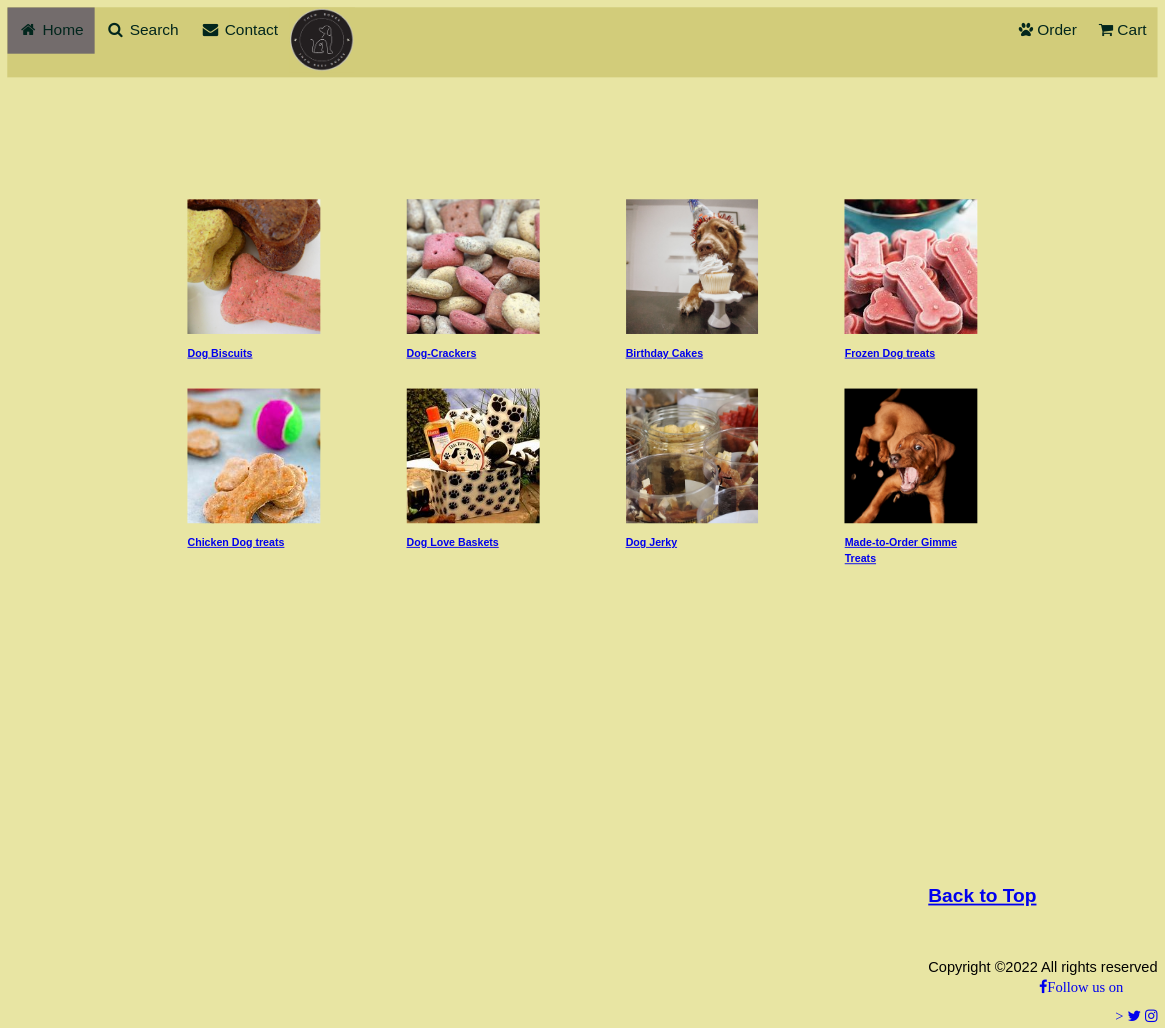
Repository: vgoins-RA2022/HTML-1
Page: index.html
The author's editor kept a copy of each file at every save. The page is drawn from the files as they stood at one save, then again after a run of saves.
The browser window is 1280 px wide. The pictures show the whole page, at 91% of full size.

Above is the page before, as saved 2023-01-21 19:53:40.

### index.html
<!DOCTYPE html>
<html lang="en">

<head>
  <meta charset="UTF-8">
  <meta name="viewport" content="width=device-width, initial-scale=1">
  <link rel="stylesheet" href="https://cdnjs.cloudflare.com/ajax/libs/font-awesome/4.7.0/css/font-awesome.min.css">
  <link rel="stylesheet" href="../HTML-1/src/css/Style.css" type="text/css">
  <title>Simple HTML Assignment 1</title>
</head>

<header>
    <!-- setup top navigator bar. position logo, home and contact navators on the left-->
    <div class="navbar" float: left>
      <img src="src/img/them-bones-logo.png" alt="them-bones-logo" class="logo" >
      <a class="active" href="#"><i class="fa fa-fw fa-home"></i> Home</a>
      <a href="#"><i class="fa fa-fw fa-search"></i> Search</a>
      <a href="#"><i class="fa fa-fw fa-envelope"></i> Contact</a>
      <!-- position order and cart navigators on the right -->
    <div class="right"><a href="#"><i class="fa fa-paw" aria-hidden="true"></i> Order</a>
    <div class="right"><a href="#"><i class="fa fa-shopping-cart" aria-hidden="true"></i> Cart</a>
    </div>
  </header>

<body>
  <div class="container">
     <!-- set of store gallery of self-contained items enclosed in the figure tags  -->
    <div class="gallery">

      <figure class="gallery__item gallery__item--1">
            <img src="src/img/animal-dog- biscuits.jpg" alt="animal-dog-biscuits" class="gallery__img" >
              <h3 class= image-text>
                <h3><a href="#">Dog Biscuits</a></h3>
              </h3>
        </figure>
        <figure class="gallery__item gallery__item--2">
            <img src="src/img/animal-dog- crackers.jpg" alt="animal-dog-crackers" class="gallery__img">
                <h3 class= image-text>
                  <h3><a href="#">Dog-Crackers</a></h3>
                </h3>

        </figure>
        <figure class="gallery__item gallery__item--3">
            <img src="src/img/dog-happy-birthday.jpg" alt="dog-happy-birthday" class="gallery__img">
              <h3 class= image-text></h3>
                <h3><a href="#">Birthday Cakes</a></h3>
               </h3>
        </figure>
        <figure class="gallery__item gallery__item--4">
            <img src="src/img/frozen-dog-treats.jpg" alt="frozen-dog-treats" class="gallery__img">
              <h3 class= image-text>
                 <h3><a href="#">Frozen Dog treats</a></h3>
              </h3>
        </figure>
        <figure class="gallery__item gallery__item--5">
            <img src="src/img/chicken-dog-treat.jpg" alt="chicken-dog-treats" class="gallery__img">
              <h3 class= image-text>
                <h3><a href="#">Chicken Dog treats</a></h3>
              </h3>
        </figure>
        <figure class="gallery__item gallery__item--6">
            <img src="src/img/doggy-love-basket.jpg" alt="doggy-love-basket" class="gallery__img">
            <h3 class= image-text>
            <h3><a href="#">Dog Love Baskets</a></h3>
            </h3>
        </figure>
        <figure class="gallery__item gallery__item--7">
            <img src="src/img/Dog-jerkey.png" alt="dog-jerky" class="gallery__img">
            <h3 class= image-text>
              <a href="#">Dog Jerky</a></h3>
            </h3>
        </figure>
        <figure class="gallery__item gallery__item--8">
          <img src="src/img/gimme-dog treats.jpg" alt="gimme-dog-treats" class="gallery__img">
          <h3 class= image-text>
            <a href="#">Made-to-Order Gimme Treats</a>
          </h3>
        </figure>

      </div>
  </div>

  <a href="#" class="button">
    <div class="right"><span class="label"><h3>Back to Top</h3></span>
  </a>
</body>

<footer>
  <!-- <div> id="footer"</div>  footer id attribute -->

  <!-- setup navigator bar in the footer of copywright and social media icons -->

  <div class="navbar-footer">
    <div class="row">
      <div class="col-left">Copyright ©2022 All rights reserved</div>
      <div class="col-right">

        <a href="#"><i class="fa fa-facebook"<p>Follow us on</p>></i></a>
        <a href="#"><i class="fa fa-twitter"></i></a>
        <a href="#"><i class="fa fa-instagram"></i></a>
      </div>
    </div>
  </div>

  </footer>
</html>

### src/css/Style.css

/* align navigation bar items */
.left-menu {
  grid-column: 1;
}
.right-menu {
  grid-column: -1;
}
/* format logo position, width and height */
.logo {
  grid-column: 3;
  grid-area: logo;
  place-self: center;
  width: 10vh;
  height: 10vh;
  justify-self: center;
  background-color:#d2cc7a;
}

/* style the navigation bar */
.navbar a {
float: left;
padding-top: 70px;
padding: 12px;
color: #02261d;
text-decoration: none;
font-size: 17px;
}
/* set the size of the images */
img {
  width: 400px;
  height: 80px;
}
/* change color of navigation item when cursor hovers */
.navbar a:hover {
background-color: #8e8c8c;
}
.active {
background-color: #736c6c;
}
.left {
  float: left;
}

.right {
  float: right;
 }

.navbar a {
    float: left;
    display: block;
}

.navbar {
    width: 100%;
    background-color: #d2cc7a;
    overflow: auto;
}

.logo img {
    display: inline-block;
    vertical-align: top;
    width: 50px;
    height: 50px;
    margin-right: 20px;
    margin-top: 15px;
}

html {
  box-sizing: border-box;
  font-size: 62.5%;
}

body {
  font-family: "Nunito", sans-serif;
  background-color: rgba(216, 212, 98, 0.585);
  font-weight: 300;
  line-height: 1.6;
}

.container {
  width: 75%;
  margin: 2rem auto;
}

.gallery {
  display: grid;
  grid-template-columns: repeat(8, 1fr);
  grid-template-rows: repeat(8, 5vw);
  grid-gap: 1.5rem;
  row-gap: 40px;
}

.gallery__img {
  width: 100%;
  height: 100%;
  object-fit: cover;
  display: block;
}

.image-txt {
  margin: 3%;
  position: absolute;
  top: 20px;
  left: 50px;
}
/* set length and position of store gallery items */
.gallery__item--1 {
  grid-column: 1 / span 2;
  grid-row: 2 / span 2;
}
.gallery__item--2 {
  grid-column: 3 / span 2;
  grid-row: 2 / span 2;
}
.gallery__item--3 {
  grid-column: 5 / span 2;
  grid-row: 2 / span 2;
}
.gallery__item--4 {
  grid-column: 7 / span 2;
  grid-row: 2 / span 2;
}
.gallery__item--5 {
  grid-column: 1 / span 2;
  grid-row: 4 / span 2;
}
.gallery__item--6 {
  grid-column: 3 / span 2;
  grid-row: 4 / span 2;
}
.gallery__item--7 {
  grid-column: 5 / span 2;
  grid-row: 4 / span 2;
}
.gallery__item--8 {
  grid-column: 7 / span 2;
  grid-row: 4 / span 2;
}
/* Style the button */
.button {
  outline: none;
  padding: 10px 16px;

  cursor: pointer;
  font-size: 18px;
}


.button:hover {
  background-color: #ddd;
}

.button.active {
  background-color: #666;
  color: white;
}

.navbar-footer {
  font-size: 16px;
  display: flex;
  justify-content: space-between;
}
.col-left {
  text-align: left;
}
.col-right {
  text-align: right;
}


.footer {
  background: #061D25;
  padding: 10px 0;
}
.footer a {
  color: #70726F;
  font-size: 20px;
  padding: 10px;
  border-right: 1px solid #70726F;
  transition: all .5s ease;
}
.flex-container {
  display: flex;
  background: #d2cc7a;
}

.copyright{
  text-align: center;
  padding-top: 24px;
  font-weight: 500;
  opacity: 0.8;
  font-size: 16px;
}
@media (max-width: 767px) {

    .h6{
      margin: 0 auto;
      text-align: center;
      margin-top: 10px;
      margin-bottom: 10px;
    }
    .ul{
      text-align: center;
    }
    .social{
        width: 100%;
        margin: 0 auto;
        font-size: "15px";
        text-align: center;
        padding: 40px;
        padding-bottom: 0px;
        border-top: 1px solid #eee;
        margin-top: 50px;
    }

  }

After the next 2 saves:
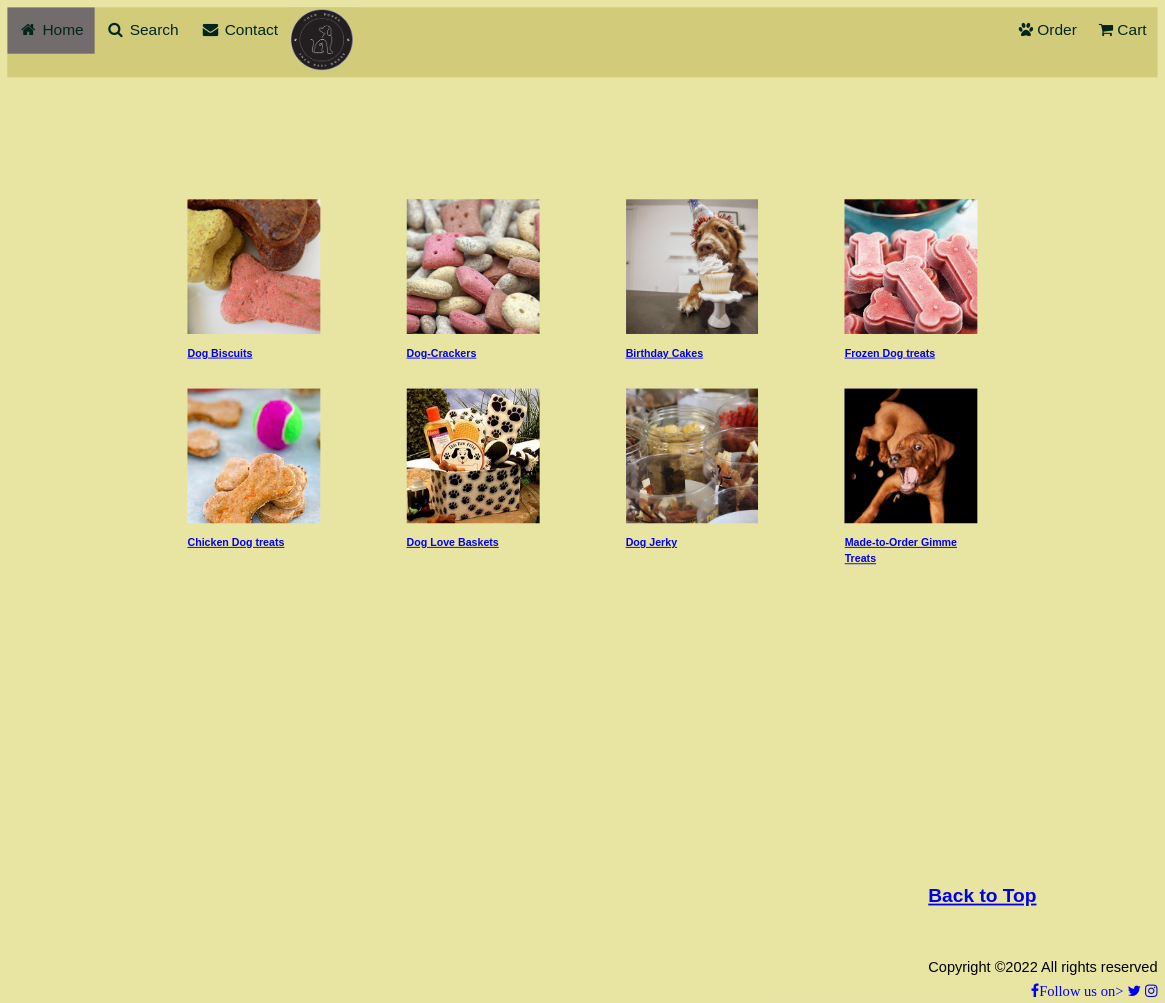
The 2 saves are shown as one change because they came seconds apart.
The last was saved 8 s later.
--- a/index.html
+++ b/index.html
@@ -95,7 +95,7 @@
       <div class="col-left">Copyright ©2022 All rights reserved</div>
       <div class="col-right">
 
-        <a href="#"><i class="fa fa-facebook"<p>Follow us on</p>></i></a>
+        <a href="#"><i class="fa fa-facebook"<>Follow us on></i></a>
         <a href="#"><i class="fa fa-twitter"></i></a>
         <a href="#"><i class="fa fa-instagram"></i></a>
       </div>
